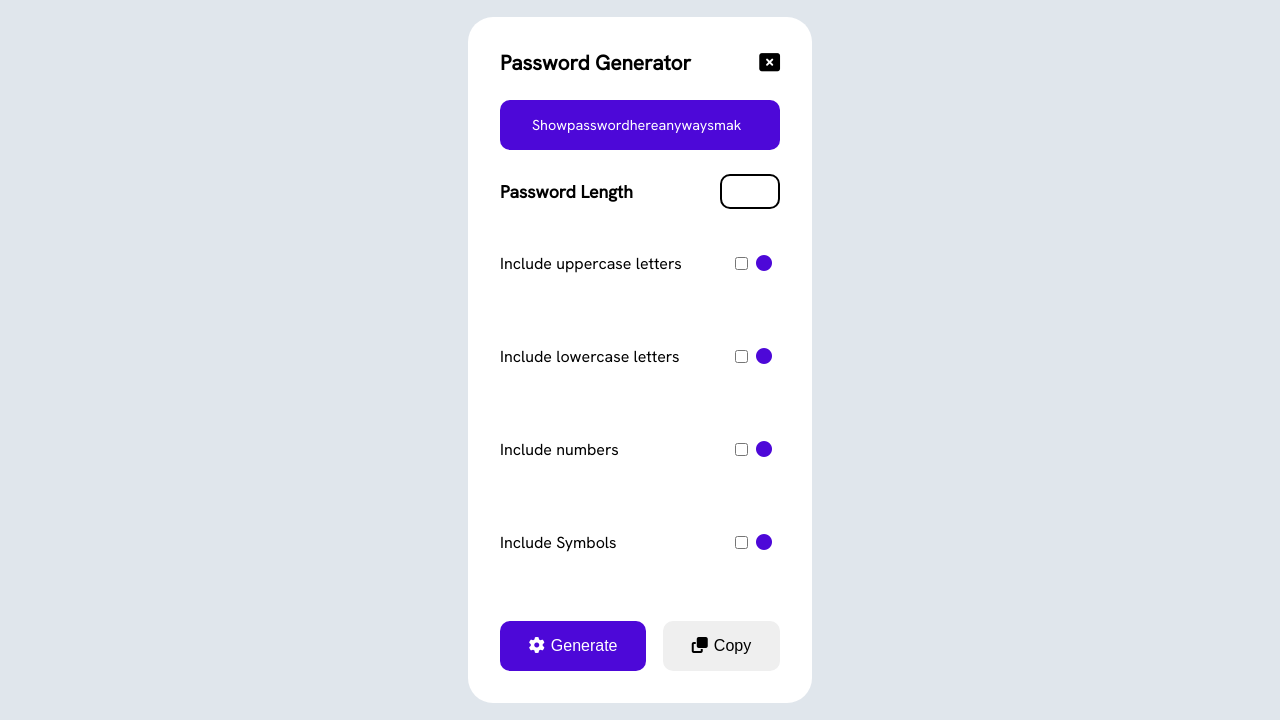
Repository: emiliaiwu/password_generator
Page: index.html
The author's editor kept a copy of each file at every save. The page is drawn from the files as they stood at one save, then again after a run of saves.
The browser window is 1280 px wide. The pictures show the whole page.
Some web libraries are served in a nearby version.

Above is the page before, as saved 2022-12-14 05:13:37.

### index.html
<!DOCTYPE html>
<html lang="en">
<head>
    <meta charset="UTF-8">
    <meta http-equiv="X-UA-Compatible" content="IE=edge">
    <meta name="viewport" content="width=device-width, initial-scale=1.0">
    <link rel="stylesheet" href="style.css">
    <script src="https://kit.fontawesome.com/fd9c36575f.js" crossorigin="anonymous"></script>
    <title>Password Generator</title>
</head>
<body>
    <div class="container">
        <div class="title">
            <h2>Password Generator</h2>
            <i class="fa-solid fa-rectangle-xmark"></i>
        </div>

        <div class="display_password">
            <p>Showpasswordhereanywaysmak</p>
        </div>

        <div class="password_attributes">
            <div class="password_length">
                <h3>Password Length</h3>
                <input type="text">
            </div>

            <div class="password_includes">
                <ul>
                    <li class="list">
                        <label for="uppercase" id="uppercase_letters">Include uppercase letters
                            <input type="checkbox" name="uppercase" id="uppercase" class="uppercase">
                            <i class="fa-solid fa-circle"></i>
                            <i class="fa-solid fa-circle-check"></i>
                        </label>
                    </li>
                    <li class="list">
                        <label for="lowercase" id="lowercase_letters">Include lowercase letters
                            <i class="fa-solid fa-circle"></i>
                            <i class="fa-solid fa-circle-check"></i>
                            <input type="checkbox" name="lowercase" id="lowercase" class="lowercase">
                        </label>
                    </li>
                    <li class="list">
                        <label for="numbers" id="include_numbers">Include numbers
                            <i class="fa-solid fa-circle"></i>
                            <i class="fa-solid fa-circle-check"></i>
                            <input type="checkbox" name="numbers" id="numbers" class="numbers">
                        </label>

                    </li>
                    <li class="list">
                        <label for="symbols" id="include_symbols">Include Symbols
                            <i class="fa-solid fa-circle"></i>
                            <i class="fa-solid fa-circle-check"></i>
                            <input type="checkbox" name="symbols" id="symbols" class="symbols">
                        </label>

                    </li>
                </ul>
            </div>
        </div>

        <div class="cta">
            <button class="btn generate"><i class="fa-solid fa-gear"></i>Generate</button>
            <button class="btn copy"><i class="fa-solid fa-clone"></i>Copy</button>
        </div>
    </div>
</body>
</html>

### style.css
@import url('https://fonts.googleapis.com/css2?family=Hanken+Grotesk:wght@300;400&display=swap');


* {
    margin: 0;
    padding: 0;
    box-sizing: border-box;
    list-style-type: none;
}


:root {
    --BG-COLOR: #fff;
    --BG-COLOR2:
}


body {
    width: 100vw;
    height: 100vh;
    font-family: 'Hanken Grotesk', sans-serif;
    display: flex;
    align-items: center;
    justify-content: center;
    color: #000;
    background-color: rgb(224, 230, 236);
}

.container {
    background-color: var(--BG-COLOR);
    display: flex;
    flex-direction: column;
    align-items: left;
    justify-content: space-between;
    gap: 1.5rem;
    padding: 2rem;
    border-radius: 25px;

}

h2 {
   font-size: 1.3rem;
   font-family: inherit;
}

h3 {
    font-size: 1.1rem;
    font-family: inherit;
}

.title,
label,
.password_length,
.cta {
    display: flex;
    align-items: center;
    justify-content: space-between;
}

.fa-rectangle-xmark {
    font-size: 1.3rem;
}

.display_password {
    padding: 1rem 2rem;
    width: 280px;
    border-radius: 10px;
    background: #4d08d8;
    color: #fff;
    overflow: hidden;
}

.display_password p {
    font-size: .9rem;
    word-wrap: break-word;
}

.password_length {
    margin-bottom: 1rem;
}

.password_length input[type="text"] {
    width: 60px;
    padding: .3rem .8rem;
    font-size: 1.1rem;
    border: 2px solid #000;
    border-radius: 10px;
}

.password_length input[type="text"]:focus {
    outline: none;
}

.list {
    margin-top: 1rem;
}

.list input[type="checkbox"] {
    /* width: 20px; */
    padding: 1rem;

}

label {
     position: relative;
}

.list .fa-solid {
    position: absolute;
    top: 50%;
    right: 0;
    transform: translate(-50%, -50%);
}

.fa-circle {
    color: #4d08d8;
}

.fa-circle-check{
    opacity: 0;
}

.list input {
    /* opacity: 0; */
    cursor: pointer;
    margin: 2rem;
}


/* CHECKED */

.list input:checked ~ .fa-circle-check {
    opacity: 1;
}

.list input:checked ~ .fa-circle {
    opacity: 0;
}


.btn {
    margin-top: 1rem;
    padding: 1rem 1.8rem;
    font-size: 1rem;
    border: none;
    border-radius: 10px;

}

.generate {
    background-color:#4d08d8;
    color: #fff;
}

.btn .fa-solid {
    margin-right: 6px;
}

After the next 4 saves:
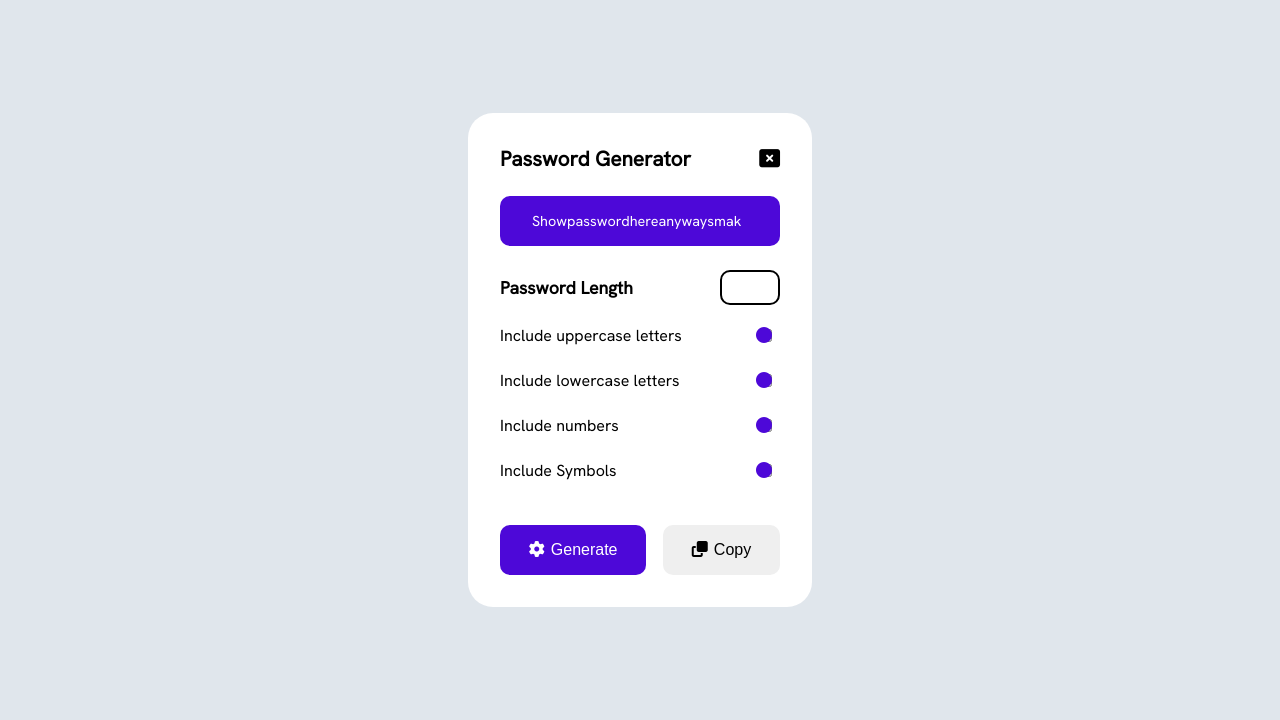
The 4 saves are shown as one change because they came seconds apart.
The last was saved 15 s later.
--- a/style.css
+++ b/style.css
@@ -123,7 +123,7 @@ label {
 .list input {
     /* opacity: 0; */
     cursor: pointer;
-    margin: 2rem;
+    margin: .5rem;
 }
 
 
